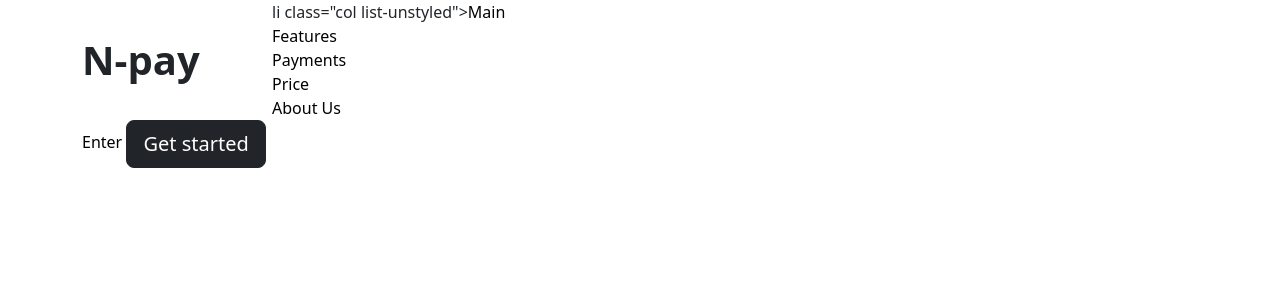
Repository: Senianga/N-pay
Page: index.html
The author's editor kept a copy of each file at every save. The page is drawn from the files as they stood at one save, then again after the next save.
The browser window is 1280 px wide. The pictures show the whole page.
The style sheet was rebuilt from its Sass, Less or Tailwind sources for each picture, by a compiler version that may differ from the author's.

Above is the page before, as saved 2023-04-30 13:08:30.

### index.html
<!doctype html>
<html lang="en">
  <head>
    <meta charset="utf-8">
    <meta name="viewport" content="width=device-width, initial-scale=1">
    <title>N-pay</title>
    <link rel="stylesheet" href="css/normalize.css">
    <link href="https://cdn.jsdelivr.net/npm/bootstrap@5.3.0-alpha3/dist/css/bootstrap.min.css" rel="stylesheet" integrity="sha384-KK94CHFLLe+nY2dmCWGMq91rCGa5gtU4mk92HdvYe+M/SXH301p5ILy+dN9+nJOZ" crossorigin="anonymous">
    <link rel="stylesheet" href="css/style.css">
  </head>
  <body>
    <header>
        <nav class="container">
            <div class="row align-items-center">
                <div class="logo col-2 justify-content-start">
                    <span class="justify-content-start fs-1 fw-bold ">N-pay</span>
                </div>
                <div class="navigation col-7">

                    li class="col list-unstyled"><a href="#" class="text-black text-decoration-none">Main</a>  </li>
                            <li class="col list-unstyled"><a href="#" class="text-black text-decoration-none">Features</a>  </li>
                            <li class="col list-unstyled"><a href="#" class="text-black text-decoration-none">Payments</a>  </li>
                            <li class="col list-unstyled"><a href="#" class="text-black text-decoration-none">Price</a>  </li>
                            <li class="col list-unstyled"><a href="#" class="text-black text-decoration-none">About Us</a>  </li>

                </div>

                </div>
                <div class="enter-bar col-3 justify-content-end">
                    <a href="#" class="enter text-black text-decoration-none">Enter</a>
                    <button class="btn btn-dark btn-lg" type="submit">Get started</button>
                </div>
            </row>
        </nav>
    </header>




    <script src="https://cdn.jsdelivr.net/npm/bootstrap@5.3.0-alpha3/dist/js/bootstrap.bundle.min.js" integrity="sha384-ENjdO4Dr2bkBIFxQpeoTz1HIcje39Wm4jDKdf19U8gI4ddQ3GYNS7NTKfAdVQSZe" crossorigin="anonymous"></script>
  </body>
</html>

Loaded but not shown: css/normalize.css (no stored copy; drawn as an empty file); style.scss (no stored copy; drawn as an empty file)

After the next save:
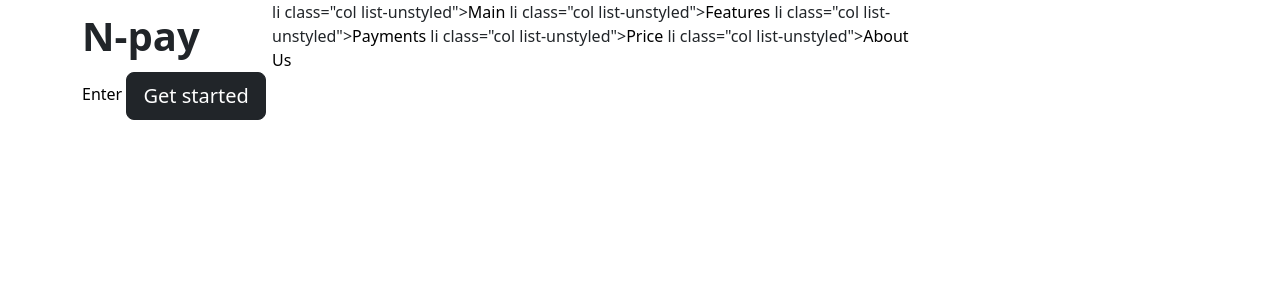
Saved 12 s later.
--- a/index.html
+++ b/index.html
@@ -18,10 +18,10 @@
                 <div class="navigation col-7">
 
                     li class="col list-unstyled"><a href="#" class="text-black text-decoration-none">Main</a>  </li>
-                            <li class="col list-unstyled"><a href="#" class="text-black text-decoration-none">Features</a>  </li>
-                            <li class="col list-unstyled"><a href="#" class="text-black text-decoration-none">Payments</a>  </li>
-                            <li class="col list-unstyled"><a href="#" class="text-black text-decoration-none">Price</a>  </li>
-                            <li class="col list-unstyled"><a href="#" class="text-black text-decoration-none">About Us</a>  </li>
+                    li class="col list-unstyled"><a href="#" class="text-black text-decoration-none">Features</a>  </li>
+                    li class="col list-unstyled"><a href="#" class="text-black text-decoration-none">Payments</a>  </li>
+                    li class="col list-unstyled"><a href="#" class="text-black text-decoration-none">Price</a>  </li>
+                    li class="col list-unstyled"><a href="#" class="text-black text-decoration-none">About Us</a>  </li>
 
                 </div>
 
